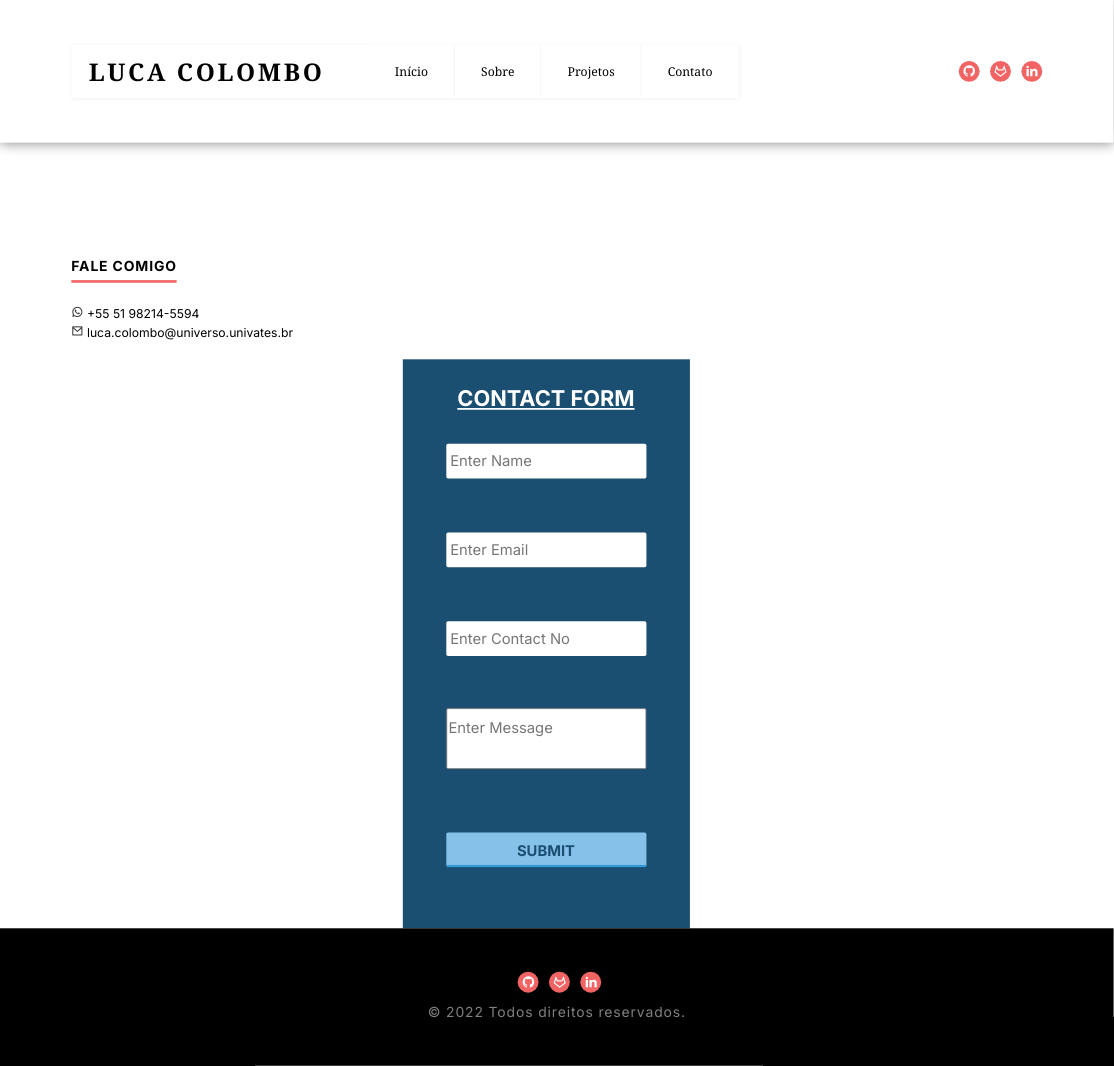
Repository: lxcxcxlxmb/portfolio
Page: contato.html
An editor plug-in stored every save of this project. The page is shown before and after the next save, followed by the edit.
The browser window is 1280 px wide. The pictures show the whole page, at 87% of full size.

Above is the page before, as saved 2022-05-25 16:24:39.

### contato.html
<!doctype html>
<html lang="pt-BR">

<head>
  <!-- Required meta tags -->
  <meta charset="utf-8">
  <meta name="viewport" content="width=device-width, initial-scale=1">
  <!-- Google Fots -->
  <link rel="preconnect" href="https://fonts.googleapis.com">
  <link rel="preconnect" href="https://fonts.gstatic.com" crossorigin>
  <link href="https://fonts.googleapis.com/css2?family=Inter:wght@100;200;300;400;500;600;700;800;900&display=swap"
    rel="stylesheet">
  <!-- Remixicon Icon -->
  <link href="https://cdn.jsdelivr.net/npm/remixicon@2.5.0/fonts/remixicon.css" rel="stylesheet">
  <!-- Remixicon Icon -->
  <!-- Bootstrap CSS -->
  <link href="https://cdn.jsdelivr.net/npm/bootstrap@5.0.2/dist/css/bootstrap.min.css" rel="stylesheet"
    integrity="sha384-EVSTQN3/azprG1Anm3QDgpJLIm9Nao0Yz1ztcQTwFspd3yD65VohhpuuCOmLASjC" crossorigin="anonymous">
  <link href="https://unpkg.com/aos@2.3.1/dist/aos.css" rel="stylesheet">
  <!-- Main CSS -->
  <link href="styles.css" rel="stylesheet">
  <link rel="stylesheet" href="reset.css">


  <title>contato</title>
</head>

<body>

  <!-- header -->
  <header class="ds-header" id="site-header">
    <div class="container">
      <div class="ds-header-inner">
        <!-- logo -->
        <a href="index.html" class="ds-logo">
          <span>L</span>Luca Colombo
        </a>
        <div class="header">
          <a href="index.html" class="logo">Luca Colombo</a>
          <input class="menu-btn" type="checkbox" id="menu-btn" />
          <label class="menu-icon" for="menu-btn"><span class="navicon"></span></label>
          <ul class="menu">
            <li><a href="index.html">Início</a></li>
            <li><a href="sobre.html">Sobre</a></li>
            <li><a href="projetos.html">Projetos</a></li>
            <li><a href="contato.html">Contato</a></li>
          </ul>
        </div>
        <!-- social -->
        <ul class="ds-social">
          <li><a href="https://github.com/lxcxcxlxmb" target="_blank"><i class="ri-github-fill"></i></a></li>
          <li><a href="https://gitlab.com/lxcxcxlxmbx" target="_blank"><i class="ri-gitlab-line"></i></a></li>
          <li><a href="https://www.linkedin.com/in/luca--colombo/" target="_blank"><i class="ri-linkedin-fill"></i></a>
          </li>
        </ul>
        <!-- social -->
      </div>
    </div>
  </header>
  <br>
  <br>

  <div class="ds-about-section">
    <div class="container">
      <section>
        <h2 class="ds-heading">Fale comigo</h2><br>
        <i class="ri-whatsapp-line"></i> <a href="tel:+5551982145594">+55 51 98214-5594</a><br>
        <i class="ri-mail-line"></i><a href="mailto:luca.colombo@universo.univates.br">
          luca.colombo@universo.univates.br</a><br><br>
          <div id="wrapper">

            <div id="contact_form_div">
             <p id="contact_label">CONTACT  FORM</p>
             <form method="post" action="">
              <p><input type="text" placeholder="Enter Name"></p>
              <p><input type="text" placeholder="Enter Email"></p>
              <p><input type="text" placeholder="Enter Contact No"></p>
              <p><textarea placeholder="Enter Message"></textarea></p>
              <p><input type="submit" value="SUBMIT"></p>
             </form>
            </div>

            </div>
      </section>
    </div>
  </div>
  <footer class="ds-footer text-center">
    <div class="container">
      <section>
        <ul class="ds-social">
          <li><a href="https://github.com/lxcxcxlxmb" target="_blank"><i class="ri-github-fill"></i></a></li>
          <li><a href="https://gitlab.com/lxcxcxlxmbx" target="_blank"><i class="ri-gitlab-line"></i></a></li>
          <li><a href="https://www.linkedin.com/in/luca--colombo/" target="_blank"><i class="ri-linkedin-fill"></i></a>
          </li>
        </ul>
      </section>
      <span class="ds-copyright">© 2022 Todos direitos reservados.</span>
    </div>
  </footer>

</body>

</html>

### styles.css
/*
Theme Name: Jason Stroff

  1. >>> Headr Style
  2. >>> Banner Style
  3. >>> About Style
  4. >>> Skills Style
  5. >>> Experience Style
  6. >>> Work Style
  7. >>> Footer Style

*/
/*--------------------------------------------------------------
>>> TABLE OF CONTENTS:
----------------------------------------------------------------*/
html {
	font-family: 'Inter', sans-serif;
	background-color: #FFF
}

body {
	font-family: 'Inter', sans-serif;
	overflow-x: hidden;
	background-color: #FFF;
	font-weight: 400;
	font-style: normal;
	color: #373737;
	font-size: 14px
}

a,
a:hover,
a:focus,
i,
input,
button,
input:focus,
.transition {
	text-decoration: none;
	outline: none;
	transition-delay: 0s;
	transition-duration: 0.4s;
	transition-property: all;
	transition-timing-function: ease;
	box-shadow: none;
}

a {
	color: #000
}

iframe {
	border: 0;
	outline: none;
}

::-moz-selection {
	background: #000;
	text-shadow: none;
	color: #FFF
}

::selection {
	background: #000;
	text-shadow: none;
	color: #FFF
}

img {
	max-width: 100%;
	border: none;
	outline: none;
	height: auto;
}

input,
textarea {
	border-radius: 0;
	resize: none;
}

ul {
	padding: 0;
	margin: 0;
}

@font-face {
	font-family: 'Inter', sans-serif;
}

input:-webkit-autofill,
textarea:-webkit-autofill,
select:-webkit-autofill {
	background-color: transparent;
	background-image: none;
	color: #000;
}

/* 1.2 Typography */
h1,
h2,
h3,
h4,
h5,
h6 {
	font-family: 'Inter', sans-serif;
}

figure {
	margin: 0
}

svg,
img {
	max-width: 100%;
	height: auto;
}

/*-----------------------------------------------------------------
  1. >>> Headr Style
----------------------------------------------------------------*/
.ds-header {
	position: relative;
	top: 0;
	width: 100%;
	z-index: 5;
	background-color: #FFF;
	padding: 70px 0;
	transition-delay: 0s;
	transition-duration: 0.4s;
	transition-property: all;
	transition-timing-function: ease;
	box-shadow: 0 0 1em #858585;
	display: flex;
	align-items: center;
	justify-content: space-between;
}

.ds-header.ds-fixed-header {
	padding: 20px 0;
	box-shadow: 0px 0px 20px rgba(0, 0, 0, 0.25);
}

.ds-header-inner {
	display: flex;
	justify-content: space-between;
	align-items: center;
}

.logo {
	font-family:Georgia, 'Times New Roman', Times, serif;
	text-transform: uppercase;
	font-weight: bold;
	font-size: 18px;
	letter-spacing: 3px;
	color: #000;
	display: flex;
	align-items: center;
	flex-wrap: nowrap;
}

.logo span {
	display: flex;
	align-items: center;
	justify-content: center;
	width: 40px;
	height: 40px;
	background-color: #000;
	border-radius: 4px;
	color: #FFF;
	font-size: 22px;
	font-weight: 600;
	text-align: center;
}

.logo:hover {
	color: #F26464;
}

.ds-social {
	list-style: none;
	display: flex;
	align-items: center;
	flex-wrap: wrap;
}

.ds-social li {
	margin-left: 12px;
}

.ds-social li:first-child {
	margin-left: 0;
}

.ds-social li a {
	border-radius: 100%;
	color: #FFF;
	width: 24px;
	height: 24px;
	background-color: #F26464;
	display: flex;
	justify-content: center;
	align-items: center;
	text-align: center;
	font-size: 16px;
}

.ds-social li a:hover {
	background-color: #000;
	color: #FFF;
}

/*.ds-navbar {
	display: inline-block;
	color: #373737;
	font-size: 16px;
	padding: 10px 20px;
	background-color: #FFF;
	margin-right: 15px;
	margin-bottom: 15px;
	margin-top: 15px;
	font-weight: 500;
}*/

.activ {
	color: #fff;
	background-color: #FF0077;
}

.inactiv {
	color: #494949;
}

.inactiv:hover {
	color: #FF0077;
}

.header {
	background-color: #fff;
	box-shadow: 1px 1px 4px 0 rgba(0,0,0,.1);
	position: absolute;
	align-items: center;
	vertical-align: middle;
	width: 60%;
	z-index: 3;
  }

  .header ul {
	margin: 0;
	padding: 0;
	font-family:Georgia, 'Times New Roman', Times, serif;
	list-style: none;
	overflow: hidden;
	background-color: #fff;
  }

  .header li a {
	display: block;
	padding: 20px 20px;
	border-right: 1px solid #f4f4f4;
	text-decoration: none;
  }

  .header li a:hover,
  .header .menu-btn:hover {
	background-color: #f4f4f4;
	color: #F26464;
  }

  .header .logo {
	display: block;
	float: left;
	font-size: 2em;
	padding: 10px 20px;
	text-decoration: none;
  }

  /* menu */

  .header .menu {
	clear: both;
	max-height: 0;
	transition: max-height .2s ease-out;
  }

  /* menu icon */

  .header .menu-icon {
	cursor: pointer;
	display: inline-block;
	float: right;
	padding: 28px 20px;
	position: relative;
	user-select: none;
  }

  .header .menu-icon .navicon {
	background: #333;
	display: block;
	height: 2px;
	position: relative;
	transition: background .2s ease-out;
	width: 18px;
  }

  .header .menu-icon .navicon:before,
  .header .menu-icon .navicon:after {
	background: #333;
	content: '';
	display: block;
	height: 100%;
	position: absolute;
	transition: all .2s ease-out;
	width: 100%;
  }

  .header .menu-icon .navicon:before {
	top: 5px;
  }

  .header .menu-icon .navicon:after {
	top: -5px;
  }

  /* menu btn */

  .header .menu-btn {
	display: none;
  }

  .header .menu-btn:checked ~ .menu {
	max-height: 240px;
  }

  .header .menu-btn:checked ~ .menu-icon .navicon {
	background: transparent;
  }

  .header .menu-btn:checked ~ .menu-icon .navicon:before {
	transform: rotate(-45deg);
  }

  .header .menu-btn:checked ~ .menu-icon .navicon:after {
	transform: rotate(45deg);
  }

  .header .menu-btn:checked ~ .menu-icon:not(.steps) .navicon:before,
  .header .menu-btn:checked ~ .menu-icon:not(.steps) .navicon:after {
	top: 0;
  }

  /* 48em = 768px */

  @media (min-width: 48em) {
	.header li {
	  float: left;
	}
	.header li a {
	  padding: 20px 30px;
	}
	.header .menu {
	  clear: none;
	  float: right;
	  max-height: none;
	}
	.header .menu-icon {
	  display: none;
	}
  }

/*-----------------------------------------------------------------
  2. >>> Banner Style
----------------------------------------------------------------*/
.ds-banner section {
	padding-left: 70px;
	padding-right: 00px;
}

.ds-banner section h1 span {
	display: block;
	text-transform: uppercase;
	letter-spacing: 1px;
	font-weight: 500;
	font-size: 16px;
	padding-top: 30px;
}

.ds-banner section h1 {
	font-weight: 600;
	font-size: 48px;
	line-height: 60px;
	color: #000;
}

.ds-numbervalulist {
	list-style: none;
	display: flex;
	align-items: center;
	flex-wrap: wrap;
	margin: 0;
	padding: 0;
	margin-top: 60px;
}

.ds-numbervalulist li {
	margin-right: 60px;
}

.ds-numbervalulist li:last-child {
	margin-right: 0;
}

.ds-numbervalulist strong {
	display: block;
	color: #F26464;
	font-size: 36px;
	font-weight: 800;
}

.ds-numbervalulist span {
	font-size: 16px;
	letter-spacing: 1px;
}

/*-----------------------------------------------------------------
  3. >>> About Style
----------------------------------------------------------------*/
.ds-about-section {
	padding-top: 60px;
	padding-bottom: 0px;
}

.ds-heading {
	display: inline-block;
	font-weight: 700;
	color: #000;
	text-transform: uppercase;
	letter-spacing: 1px;
	font-size: 16px;
	border-bottom: 3px solid #F26464;
	padding-bottom: 7px;
	margin-bottom: 23px;
}

.ds-about-section p {
	color: #373737;
	font-size: 24px;
	line-height: 40px;
	font-weight: 300;
	margin-bottom: 60px;
}

.ds-button {
	display: inline-block;
	text-transform: uppercase;
	font-size: 12px;
	line-height: 13px;
	font-weight: 600;
	letter-spacing: 3px;
	color: #F26464;
	padding: 17px 30px;
	border: 2px solid #F26464;
	border-radius: 60px;
}

.ds-button:hover {
	background-color: #F26464;
	color: #FFF;
}

.ds-arrow-button i {
	display: inline-block;
	vertical-align: middle;
}

/*-----------------------------------------------------------------
  4. >>> Skills Style
----------------------------------------------------------------*/
.ds-skills-section {
	padding-bottom: 105px;
}

.ds-skills-list {
	list-style: none;
	padding: 0;
	margin: 0;
	display: flex;
	flex-wrap: wrap;
	align-items: center;
	margin-top: 11px;
}

.ds-skills-list li {
	display: inline-block;
	color: #373737;
	font-size: 16px;
	padding: 10px 20px;
	background-color: #FFF;
	border: 1px solid #D7D7D7;
	border-radius: 27px;
	margin-right: 15px;
	margin-bottom: 15px;
	font-weight: 500;
}

/*-----------------------------------------------------------------
  5. >>> Experience Style
----------------------------------------------------------------*/
.ds-experience-section {
	padding-bottom: 120px;
}

.ds-experience-list section {
	padding-right: 70px;
}

.ds-experience-list {
	padding-top: 15px;
}

.ds-officename {
	font-size: 24px;
	font-weight: 300;
	margin-bottom: 10px;
}

.ds-experience-list span {
	display: block;
}

span.ds-year {
	color: #373737;
	font-size: 14px;
	font-weight: 700;
	padding-bottom: 10px;
}

span.ds-department {
	color: #373737;
	font-weight: 500;
	font-size: 18px;
	padding-bottom: 30px;
}

.ds-experience-list p {
	font-size: 16px;
	line-height: 24px;
	font-weight: 300;
}

.ds-experience-list ul {
	list-style: none;
	padding: 0;
	margin: 0;
	padding-top: 10px;
}

.ds-experience-list ul li {
	font-size: 16px;
	line-height: 24px;
	font-weight: 300;
	padding-left: 28px;
	position: relative;
	margin-bottom: 20px;
}

.ds-experience-list ul li:before {
	content: "";
	position: absolute;
	left: 0;
	top: 10px;
	border-radius: 100%;
	width: 8px;
	height: 8px;
	background-color: #373737;
}

/*-----------------------------------------------------------------
  6. >>> Work Style
----------------------------------------------------------------*/
.ds-work-section {
	padding-bottom: 80px;
}

.ds-work-list {
	padding-left: 70px;
	padding-top: 40px;
	padding-right: 70px;
	background-color: #F6F8FA;
	margin-bottom: 40px;
}

.ds-work-list section {
	padding-top: 20px;
	padding-right: 120px;
}

.ds-work-tilte {
	color: #000;
	font-size: 30px;
	line-height: 36px;
	font-weight: 600;
	margin-bottom: 30px;
}

.ds-work-list p {
	font-weight: 300;
	font-size: 18px;
	line-height: 30px;
}

.ds-work-list .ds-button {
	margin-top: 20px;
}

.ds-work-det-hed {
	padding-top: 42px;
	padding-bottom: 80px;
}

.ds-work-det-title {
	font-weight: 600;
	color: #000;
	font-size: 48px;
	margin-bottom: 20px;
}

.ds-work-det-dep {
	display: block;
	font-weight: 600;
	color: #000;
	font-size: 18px;
}

.ds-work-content-sec {
	padding: 100px 0;
}

.ds-work-content-sec p {
	font-size: 18px;
	line-height: 36px;
	margin-bottom: 30px;
}

.ds-work-content-sec h2 {
	font-size: 30px;
	font-weight: 700;
	margin-bottom: 30px;
}

.ds-work-content-sec ul {
	list-style: none;
	padding: 0;
	margin: 0;
}

.ds-work-content-sec li {
	font-size: 18px;
	line-height: 36px;
	padding-left: 28px;
	position: relative;
	margin-bottom: 20px;
}

.ds-work-content-sec li:before {
	content: "";
	position: absolute;
	left: 0;
	top: 13px;
	border-radius: 100%;
	width: 8px;
	height: 8px;
	background-color: #373737;
}

/*-----------------------------------------------------------------
  7. >>> Footer Style
----------------------------------------------------------------*/
.ds-footer {
	background-color: #000;
	padding: 50px 0;
}

.ds-footer section {
	padding-bottom: 10px;
}

.ds-footer section span {
	color: rgba(255, 255, 255, 0.5);
	text-transform: uppercase;
	font-weight: 700;
	font-size: 16px;
	letter-spacing: 1px;
	display: block;
	padding-bottom: 20px;
}

.ds-footer section h4 {
	color: #FFF;
	font-size: 48px;
	font-weight: 700;
}

.ds-footer section p {
	letter-spacing: 1.13px;
	color: #FFF;
	font-size: 18px;
	margin-bottom: 40px;
}

.ds-footer ul {
	margin-left: 46%;
}

.ds-copyright {
	color: rgba(255, 255, 255, 0.5);
	letter-spacing: 1px;
	font-size: 16px;
}

.ds-copyright a {
	color: rgba(255, 255, 255, 0.5);
}

.ds-copyright a:hover {
	color: #F26464;
}



/*-------------------------------------------------------------------------------
 Responsive XS Style @media (max-width: 767px)
-------------------------------------------------------------------------------*/
@media (max-width: 768px) {

	.ds-header,
	.ds-header.ds-fixed-header {
		padding: 15px 0;
	}

	.ds-banner,
	.ds-about-section,
	.ds-skills-section,
	.ds-experience-section,
	.ds-work-section,
	.ds-work-details-section {
		padding-left: 10px;
		padding-right: 10px;
	}

	/*.ds-logo {
		font-size: 0;
	}*/

	.ds-banner figure {
		padding: 30px 0;
	}

	.ds-banner section {
		padding-left: 0;
		padding-right: 0;
	}

	.ds-banner section h1 span {
		padding-bottom: 0;
	}

	.ds-banner section h1,
	.ds-work-det-title {
		font-size: 30px;
		line-height: 40px;
	}

	.ds-numbervalulist {
		margin-top: 20px;
	}

	.ds-numbervalulist li {
		margin-right: 30px;
	}

	.ds-numbervalulist strong {
		font-size: 30px;
	}

	.ds-numbervalulist span {
		font-size: 14px;
	}

	.ds-about-section {
		padding-bottom: 60px;
	}

	.ds-about-section p,
	.ds-work-content-sec p,
	.ds-work-content-sec li {
		font-size: 15px;
		line-height: 30px;
		margin-bottom: 0px;
	}

	.ds-skills-list li {
		margin-right: 10px;
		margin-bottom: 10px;
		font-size: 14px;
	}

	.ds-skills-section .col-12,
	.ds-experience-list .col-12 {
		margin-bottom: 40px;
	}

	.ds-skills-section,
	.ds-work-section,
	.ds-experience-section {
		padding-bottom: 0;
	}

	.ds-experience-list section {
		padding-right: 0;
	}

	.ds-work-list {
		padding: 30px;
	}

	.ds-work-list p {
		font-size: 15px;
		line-height: 30px;
	}

	.ds-footer {
		padding: 60px 10px;
	}

	.ds-footer section h4 {
		font-size: 40px;
	}

	.ds-copyright {
		font-size: 14px;
	}

	.ds-footer section {
		padding-bottom: 30px;
	}

	.ds-footer ul {
		margin-left: 36%;
	}

	.ds-button {
		padding: 11px 10px;
	}

	.ds-work-details-section {
		padding-top: 30px;
	}

	.ds-work-det-title {
		margin-bottom: 7px;
	}

	.ds-work-content-sec h2 {
		font-size: 20px;
	}

	.ds-work-content-sec {
		padding: 30px 0;
	}

	.ds-work-list section {
		padding-right: 0;
		padding-bottom: 30px;
	}
}

.ds-heading {
	margin-top: 30px;
}

@media (min-width: 768px) and (max-width: 991px) {
	.ds-work-list section {
		padding-right: 30px;
	}

}

@media (min-width: 992px) and (max-width: 1199px) {
	.ds-banner section {
		padding-right: 0;
	}

	.ds-work-list section {
		padding-right: 30px;
		padding-bottom: 60px;
	}


}


#wrapper
{
 margin:0 auto;
 padding:0px;
 text-align:center;
 width:995px;
}
#wrapper h1
{
 margin-top:50px;
 font-size:45px;
 color:#1B4F72;
}
#wrapper h1 p
{
 font-size:18px;
}
#contact_form_div
{
 width:330px;
 margin-left:320px;
 padding:10px;
 background-color:#1B4F72;
}
#contact_form_div #contact_label
{
 margin:15px;
 margin-bottom:30px;
 font-size:25px;
 font-weight:bold;
 color:white;
 text-decoration:underline;
}
#contact_form_div input[type="text"]
{
 width:230px;
 height:40px;
 border-radius:2px;
 font-size:17px;
 padding-left:5px;
 border:none;
}
#contact_form_div textarea
{
 width:230px;
 height:70px;
 border-radius:2px;
 font-size:17px;
 padding5px;
}
#contact_form_div input[type="submit"]
{
 width:230px;
 height:40px;
 border:none;
 border-radius:2px;
 font-size:17px;
 background-color:#85C1E9;
 border-bottom:3px solid #3498DB;
 color:#1B4F72;
 font-weight:bold;
}

@media only screen and (min-width:700px) and (max-width:995px)
{
 #wrapper
 {
  width:100%;
 }
 #wrapper h1
 {
  font-size:30px;
 }
 #contact_form_div
 {
  width:50%;
  margin-left:25%;
  padding-left:0px;
  padding-right:0px;
 }
 #contact_form_div input[type="text"]
 {
  width:80%;
 }
 #contact_form_div textarea
 {
  width:80%;
 }
 #contact_form_div input[type="submit"]
 {
  width:80%;
 }
}
@media only screen and (min-width:400px) and (max-width:699px)
{
 #wrapper
 {
  width:100%;
 }
 #wrapper h1
 {
  font-size:30px;
 }
 #contact_form_div
 {
  width:60%;
  margin-left:20%;
 }
 #contact_form_div input[type="text"]
 {
  width:80%;
 }
 #contact_form_div textarea
 {
  width:80%;
 }
 #contact_form_div input[type="submit"]
 {
  width:80%;
 }
}
@media only screen and (min-width:100px) and (max-width:399px)
{
 #wrapper
 {
  width:100%;
 }
 #wrapper h1
 {
  font-size:25px;
 }
 #contact_form_div
 {
  width:90%;
  margin-left:5%;
  padding-left:0px;
  padding-right:0px;
 }
 #contact_form_div input[type="text"]
 {
  width:80%;
 }
 #contact_form_div textarea
 {
  width:80%;
 }
 #contact_form_div input[type="submit"]
 {
  width:80%;
 }
}

### reset.css
/*
html, body, div, span, applet, object, iframe,
h1, h2, h3, h4, h5, h6, p, blockquote, pre,
a, abbr, acronym, address, big, cite, code,
del, dfn, em, img, ins, kbd, q, s, samp,
small, strike, strong, sub, sup, tt, var,
b, u, i, center,
dl, dt, dd, ol, ul, li,
fieldset, form, label, legend,
table, caption, tbody, tfoot, thead, tr, th, td,
article, aside, canvas, details, embed,
figure, figcaption, footer, header, hgroup,
menu, nav, output, ruby, section, summary,
time, mark, audio, video {
	margin: 0;
	padding: 0;
	border: 0;
	font-size: 100%;
	font: inherit;
	vertical-align: baseline;
}
/* HTML5 display-role reset for older browsers */
/*
article, aside, details, figcaption, figure,
footer, header, hgroup, menu, nav, section {
	display: block;
}
body {
	line-height: 1;
}
ol, ul {
	list-style: none;
}
blockquote, q {
	quotes: none;
}
blockquote:before, blockquote:after,
q:before, q:after {
	content: '';
	content: none;
}
table {
	border-collapse: collapse;
	border-spacing: 0;
}*/

After the next save:
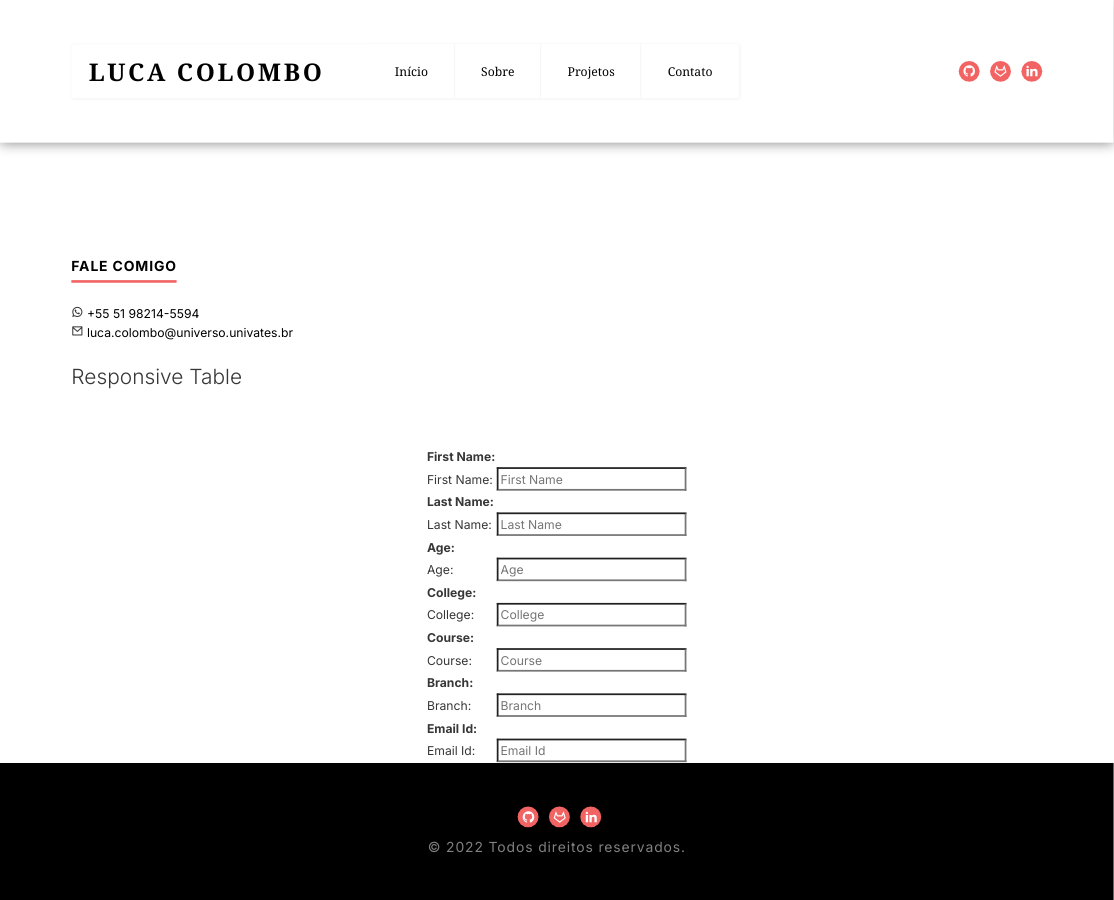
Saved 2 min 4 s later.
--- a/contato.html
+++ b/contato.html
@@ -67,20 +67,51 @@
         <i class="ri-whatsapp-line"></i> <a href="tel:+5551982145594">+55 51 98214-5594</a><br>
         <i class="ri-mail-line"></i><a href="mailto:luca.colombo@universo.univates.br">
           luca.colombo@universo.univates.br</a><br><br>
-          <div id="wrapper">
+          <p>Responsive Table</p>
+<table align=center cellspacing=10>
+ <th class="hidden_th">First Name:</th>
+ <tr>
+  <td class="column1">First Name:</td>
+  <td><input type="text" placeholder="First Name"></td>
+ </tr>
 
-            <div id="contact_form_div">
-             <p id="contact_label">CONTACT  FORM</p>
-             <form method="post" action="">
-              <p><input type="text" placeholder="Enter Name"></p>
-              <p><input type="text" placeholder="Enter Email"></p>
-              <p><input type="text" placeholder="Enter Contact No"></p>
-              <p><textarea placeholder="Enter Message"></textarea></p>
-              <p><input type="submit" value="SUBMIT"></p>
-             </form>
-            </div>
+ <th class="hidden_th">Last Name:</th>
+ <tr>
+  <td class="column1">Last Name:</td>
+  <td><input type="text" placeholder="Last Name"></td>
+ </tr>
 
-            </div>
+ <th class="hidden_th">Age:</th>
+ <tr>
+  <td class="column1">Age:</td>
+  <td><input type="text" placeholder="Age"></td>
+ </tr>
+
+ <th class="hidden_th">College:</th>
+ <tr>
+  <td class="column1">College:</td>
+  <td><input type="text" placeholder="College"></td>
+ </tr>
+
+ <th class="hidden_th">Course:</th>
+ <tr>
+  <td class="column1">Course:</td>
+  <td><input type="text" placeholder="Course"></td>
+ </tr>
+
+ <th class="hidden_th">Branch:</th>
+ <tr>
+  <td class="column1">Branch:</td>
+  <td><input type="text" placeholder="Branch"></td>
+ </tr>
+
+ <th class="hidden_th">Email Id:</th>
+ <tr>
+  <td class="column1">Email Id:</td>
+  <td><input type="text" placeholder="Email Id"></td>
+ </tr>
+
+</table>
       </section>
     </div>
   </div>
